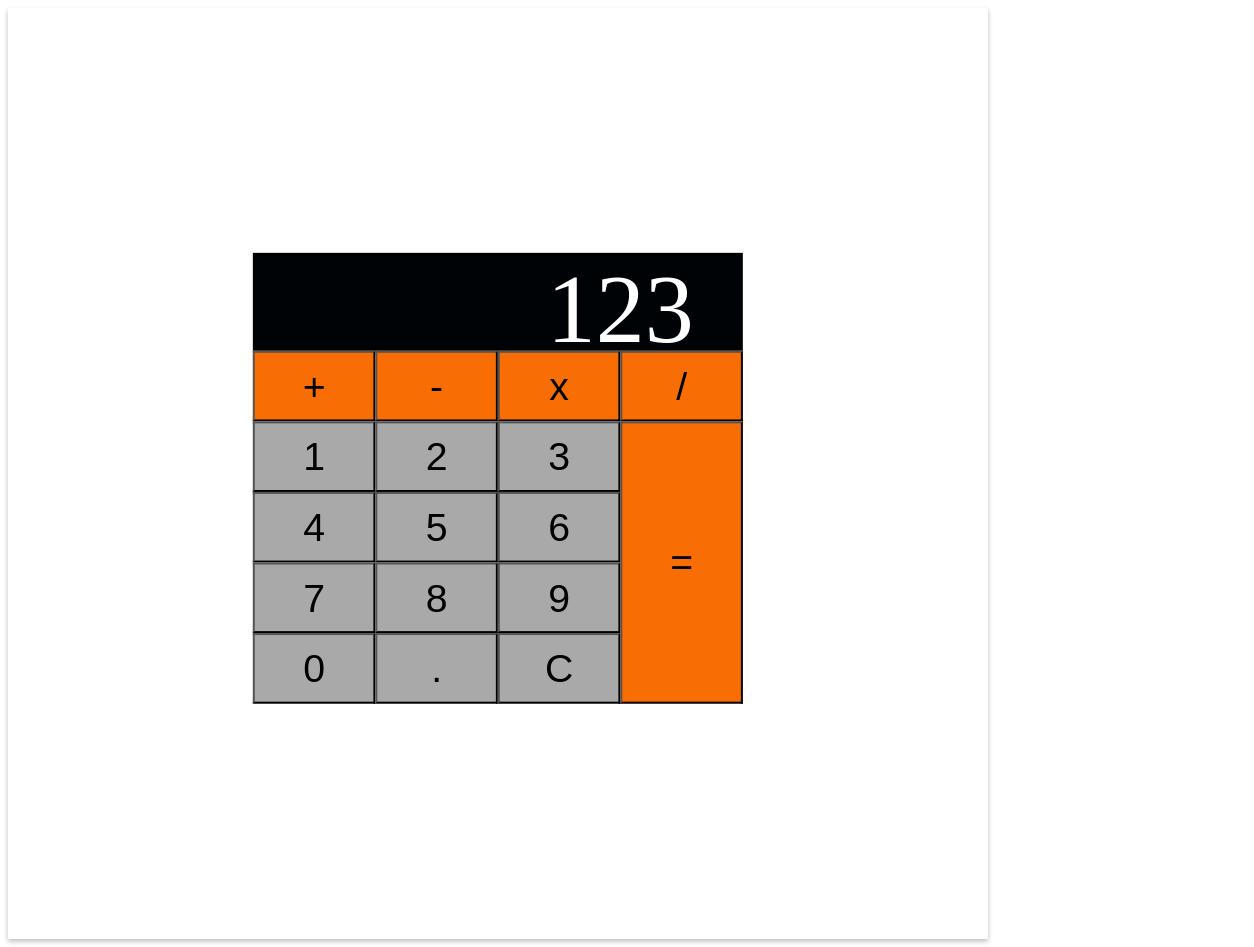
Repository: TEazy2433/LAB-calculator
Page: index.html
These files come from the project's save history. The page is drawn as it stood at one moment and after the next save; the edit follows.
The browser window is 1280 px wide. The pictures show the whole page, at 98% of full size.

Above is the page before, as saved 2023-10-14 12:28:51.

### index.html
<!DOCTYPE html>
<html lang="en">
<head>
  <meta charset="UTF-8">
  <meta name="viewport" content="width=device-width, initial-scale=1.0">
  <title>calculator</title>
  <link rel="stylesheet" href="main.css">


</head>
<body>
  <div class="calculator">
    <div class="display">123</div>
    <div class="calculator_keys">
      <button class="calculator_key key--operator">+</button>
      <button class="calculator_key key--operator">-</button>
      <button class="calculator_key key--operator">x</button>
      <button class="calculator_key key--operator">/</button>
      <button class="calculator_key">1</button>
      <button class="calculator_key">2</button>
      <button class="calculator_key">3</button>
      <button class="calculator_key">4</button>
      <button class="calculator_key">5</button>
      <button class="calculator_key">6</button>
      <button class="calculator_key">7</button>
      <button class="calculator_key">8</button>
      <button class="calculator_key">9</button>
      <button class="calculator_key">0</button>
      <button class="calculator_key">.</button>
      <button class="calculator_key">C</button>
      <button class="calculator_key key--enter">=</button>
    </div>
  </div>

</body>
</html>

### main.css
.calculator{
  overflow: hidden;
  box-shadow: 0px 3px 6px 0px rgba(0, 0, 0, 0.15), 0px 2px 4px 0px rgba(0, 0, 0, 0.12);
  width: 500px;
  display: flex;
  flex-wrap: wrap;
  border-color: black ;
  padding: 250px;
  height: 450px;
  color: hsl(255, 100%, 100%);
}
.display{
  display: grid;
  align-items: center;
  justify-content: end;
  background: hsl(210, 100%, 1%);
  color: hsl(255, 100%, 100%);
  width: 100%;
  height: 100px;
  padding-right: 50px;
  border-color: black;
  pointer-events: none;
  font-size: 100px;
}

.calculator_keys{
  display: grid;
  grid-template-columns: repeat(4,1fr);
  width: 500vh;
  height: 50vh;
  border-color: black;
}
.calculator_key{
  font-size: 40px;
  background: darkgrey;
  border-color: black
}
.key--operator{
  background: rgb(248, 110, 4);
}
.key--enter{
  grid-column: 4 / 5;
  grid-row: 2/ span 4;
  background-color: rgb(248, 110, 4);
}

After the next save:
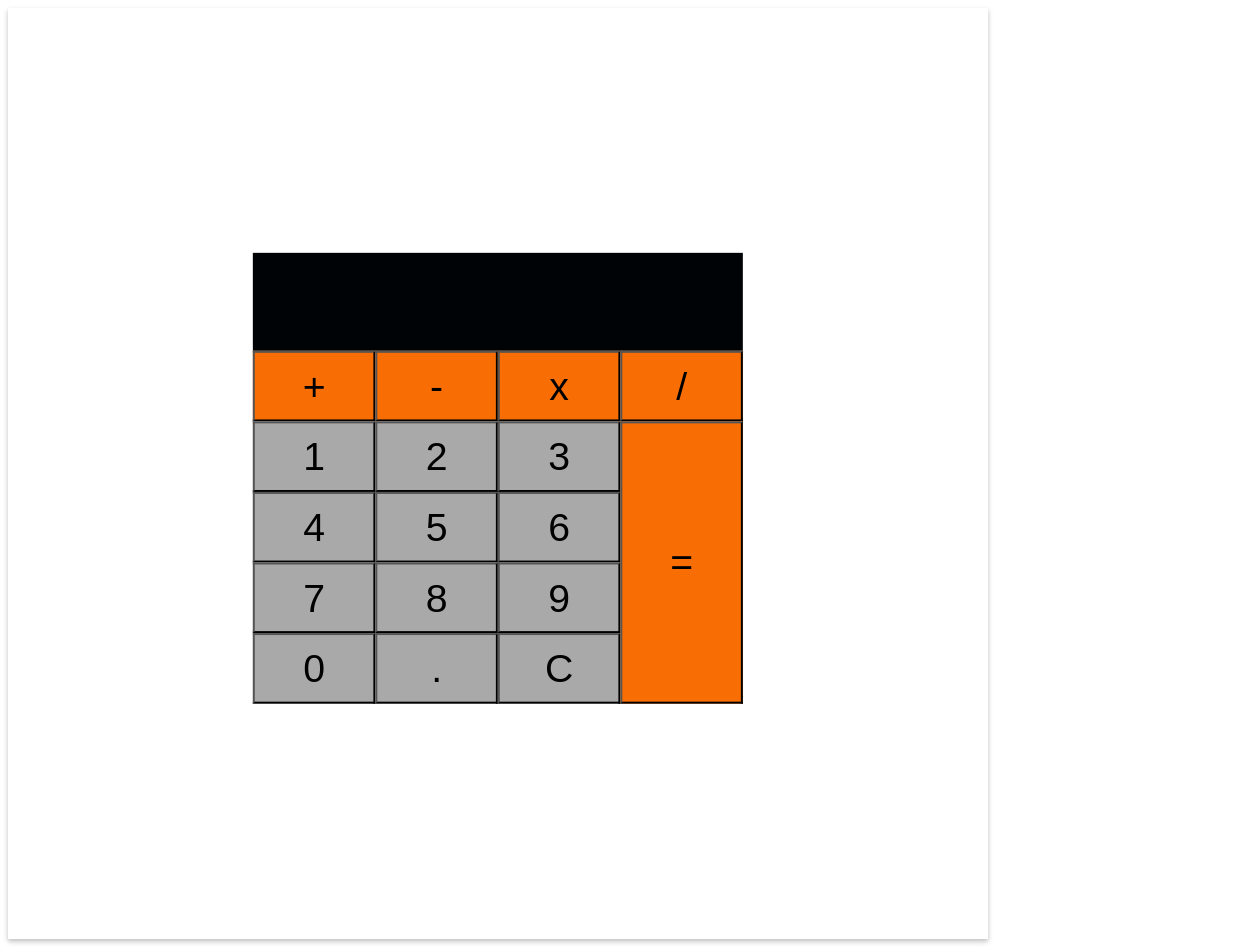
Saved 16 s later.
--- a/index.html
+++ b/index.html
@@ -10,7 +10,7 @@
 </head>
 <body>
   <div class="calculator">
-    <div class="display">123</div>
+    <div class="display"></div>
     <div class="calculator_keys">
       <button class="calculator_key key--operator">+</button>
       <button class="calculator_key key--operator">-</button>
